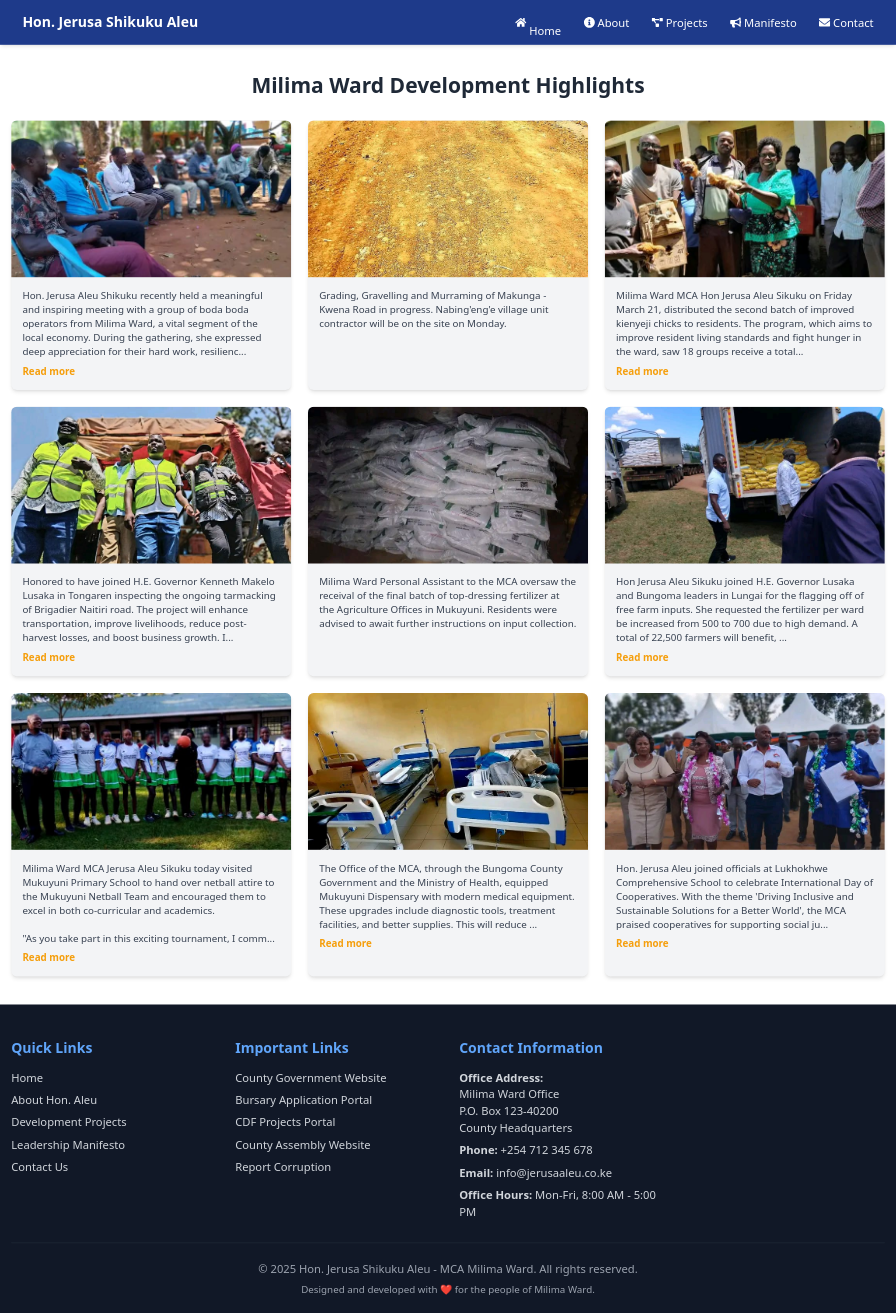
Repository: Engineer-collo/Hon_Jerusa_Shikuku_Aleu
Page: /projects
An editor plug-in stored every save of this project. The page is shown before and after the next save, followed by the edit.
The browser window is 1280 px wide. The pictures show the whole page, at 70% of full size.
The project was rebuilt for these pictures with package versions that can differ from the ones it lists, and the page was loaded fresh each time. Also part of the build but not shown: vite.config.js, src/Hero.jsx, src/Home.jsx, src/About.jsx, src/Manifesto.jsx, src/Contact.jsx.

Above is the page before, as saved 2025-07-18 18:05:40.

### index.html
<!DOCTYPE html>
<html lang="en">
<head>
  <meta charset="UTF-8">
  <meta name="viewport" content="width=device-width, initial-scale=1.0">
  <title>React Vite Starter</title>
</head>
<body class="bg-gray-100">
  <div id="root"></div>
  <script type="module" src="/src/main.jsx"></script>
</body>
</html>

### src/main.jsx
import React from 'react'
import ReactDOM from 'react-dom/client'
import './index.css'
import App from './App'

ReactDOM.createRoot(document.getElementById('root')).render(
  <React.StrictMode>
    <App />
  </React.StrictMode>,
)

### src/App.jsx
import React from 'react';
import { BrowserRouter as Router, Routes, Route } from 'react-router-dom';
import Footer from './Footer';
import Navbar from './Navbar';
import Homepage from './Home';
import About from './About';
import Projects from './Projects';
import Manifesto from './Manifesto';
import Contact from './Contact';

function App() {
  return (
    <Router>
      <div className="min-h-screen w-full overflow-x-hidden bg-gray-50 flex flex-col">
        <Navbar />
        <div className="flex-1 flex flex-col">
          <Routes>
            <Route path="/" element={<Homepage />} />
            <Route path="/about" element={<About />} />
            <Route path="/projects" element={<Projects />} />
            <Route path="/manifesto" element={<Manifesto />} />
            <Route path="/contact" element={<Contact />} />
          </Routes>
        </div>
        <Footer />
      </div>
    </Router>
  );
}

export default App;

### src/Footer.jsx
import React from 'react';
import { Link } from 'react-router-dom';

const Footer = () => {
  return (
    <footer className="bg-gray-900 text-white pt-12 pb-6 w-full">
      <div className="w-full px-4">
        <div className="grid grid-cols-1 md:grid-cols-2 lg:grid-cols-4 gap-8 w-full">


          {/* Quick Links */}
          <div>
            <h3 className="text-xl font-bold mb-4 text-blue-400">Quick Links</h3>
            <ul className="space-y-2">
              <li>
                <Link to="/" className="text-gray-300 hover:text-white transition-colors duration-300">
                  Home
                </Link>
              </li>
              <li>
                <Link to="/about" className="text-gray-300 hover:text-white transition-colors duration-300">
                  About Hon. Aleu
                </Link>
              </li>
              <li>
                <Link to="/projects" className="text-gray-300 hover:text-white transition-colors duration-300">
                  Development Projects
                </Link>
              </li>
              <li>
                <Link to="/manifesto" className="text-gray-300 hover:text-white transition-colors duration-300">
                  Leadership Manifesto
                </Link>
              </li>
              <li>
                <Link to="/contact" className="text-gray-300 hover:text-white transition-colors duration-300">
                  Contact Us
                </Link>
              </li>
            </ul>
          </div>

          {/* Important Links */}
          <div>
            <h3 className="text-xl font-bold mb-4 text-blue-400">Important Links</h3>
            <ul className="space-y-2">
              <li>
                <a href="#" className="text-gray-300 hover:text-white transition-colors duration-300">
                  County Government Website
                </a>
              </li>
              <li>
                <a href="#" className="text-gray-300 hover:text-white transition-colors duration-300">
                  Bursary Application Portal
                </a>
              </li>
              <li>
                <a href="#" className="text-gray-300 hover:text-white transition-colors duration-300">
                  CDF Projects Portal
                </a>
              </li>
              <li>
                <a href="#" className="text-gray-300 hover:text-white transition-colors duration-300">
                  County Assembly Website
                </a>
              </li>
              <li>
                <a href="#" className="text-gray-300 hover:text-white transition-colors duration-300">
                  Report Corruption
                </a>
              </li>
            </ul>
          </div>

          {/* Contact Info */}
          <div>
            <h3 className="text-xl font-bold mb-4 text-blue-400">Contact Information</h3>
            <address className="not-italic text-gray-300">
              <div className="mb-2">
                <strong>Office Address:</strong><br />
                Milima Ward Office<br />
                P.O. Box 123-40200<br />
                County Headquarters
              </div>
              <div className="mb-2">
                <strong>Phone:</strong> +254 712 345 678
              </div>
              <div className="mb-2">
                <strong>Email:</strong> info@jerusaaleu.co.ke
              </div>
              <div>
                <strong>Office Hours:</strong> Mon-Fri, 8:00 AM - 5:00 PM
              </div>
            </address>
          </div>
        </div>

        {/* Copyright */}
        <div className="border-t border-gray-800 mt-8 pt-6 text-center text-gray-400">
          <p>
            &copy; {new Date().getFullYear()} Hon. Jerusa Shikuku Aleu - MCA Milima Ward. All rights reserved.
          </p>
          <p className="mt-2 text-sm">
            Designed and developed with ❤️ for the people of Milima Ward.
          </p>
        </div>
      </div>
    </footer>
  );
};

export default Footer;

### src/Navbar.jsx
import React, { useState } from 'react';
import { Link } from 'react-router-dom';
import { FaHome, FaInfoCircle, FaProjectDiagram, FaBullhorn, FaEnvelope } from 'react-icons/fa';

const Navbar = () => {
  const [isOpen, setIsOpen] = useState(false);

  return (
    <nav className="bg-blue-900 text-white sticky top-0 z-50 shadow-md">
      <div className="max-w-7xl mx-auto px-4 sm:px-6 lg:px-8">
        <div className="flex justify-between h-16 items-center">
          {/* Logo / Name */}
          <div className="flex-shrink-0 text-xl font-bold">
            <Link to="/" className="hover:underline">Hon. Jerusa Shikuku Aleu</Link>
          </div>

          {/* Desktop Nav */}
          <div className="hidden md:flex gap-8 items-center">
            <Link to="/" className="flex items-center gap-1 hover:text-amber-400 transition">
              <FaHome /> <br/> Home
            </Link>
            <Link to="/about" className="flex items-center gap-1 hover:text-amber-400 transition">
              <FaInfoCircle /> About
            </Link>
            <Link to="/projects" className="flex items-center gap-1 hover:text-amber-400 transition">
              <FaProjectDiagram /> Projects
            </Link>
            <Link to="/manifesto" className="flex items-center gap-1 hover:text-amber-400 transition">
              <FaBullhorn /> Manifesto
            </Link>
            <Link to="/contact" className="flex items-center gap-1 hover:text-amber-400 transition">
              <FaEnvelope /> Contact
            </Link>
          </div>

          {/* Mobile Toggle Button */}
          <div className="md:hidden">
            <button
              onClick={() => setIsOpen(!isOpen)}
              type="button"
              className="text-white focus:outline-none"
            >
              <svg className="h-6 w-6" fill="none" stroke="currentColor" viewBox="0 0 24 24">
                {isOpen ? (
                  <path strokeLinecap="round" strokeLinejoin="round" strokeWidth={2} d="M6 18L18 6M6 6l12 12" />
                ) : (
                  <path strokeLinecap="round" strokeLinejoin="round" strokeWidth={2} d="M4 6h16M4 12h16M4 18h16" />
                )}
              </svg>
            </button>
          </div>
        </div>
      </div>

      {/* Mobile Nav Panel */}
      {isOpen && (
        <div className="md:hidden fixed top-16 left-0 w-3/4 h-full bg-blue-900 px-6 py-8 space-y-6 shadow-lg z-40">
          <Link to="/" className="flex items-center gap-2 text-lg hover:text-amber-400" onClick={() => setIsOpen(false)}>
            <FaHome /> Home
          </Link>
          <Link to="/about" className="flex items-center gap-2 text-lg hover:text-amber-400" onClick={() => setIsOpen(false)}>
            <FaInfoCircle /> About
          </Link>
          <Link to="/projects" className="flex items-center gap-2 text-lg hover:text-amber-400" onClick={() => setIsOpen(false)}>
            <FaProjectDiagram /> Projects
          </Link>
          <Link to="/manifesto" className="flex items-center gap-2 text-lg hover:text-amber-400" onClick={() => setIsOpen(false)}>
            <FaBullhorn /> Manifesto
          </Link>
          <Link to="/contact" className="flex items-center gap-2 text-lg hover:text-amber-400" onClick={() => setIsOpen(false)}>
            <FaEnvelope /> Contact
          </Link>
        </div>
      )}
    </nav>
  );
};

export default Navbar;

Loaded but not shown: src/index.css (common file); tailwind.config.js (common file); src/Projects.jsx (371 lines, source omitted)

After the next save:
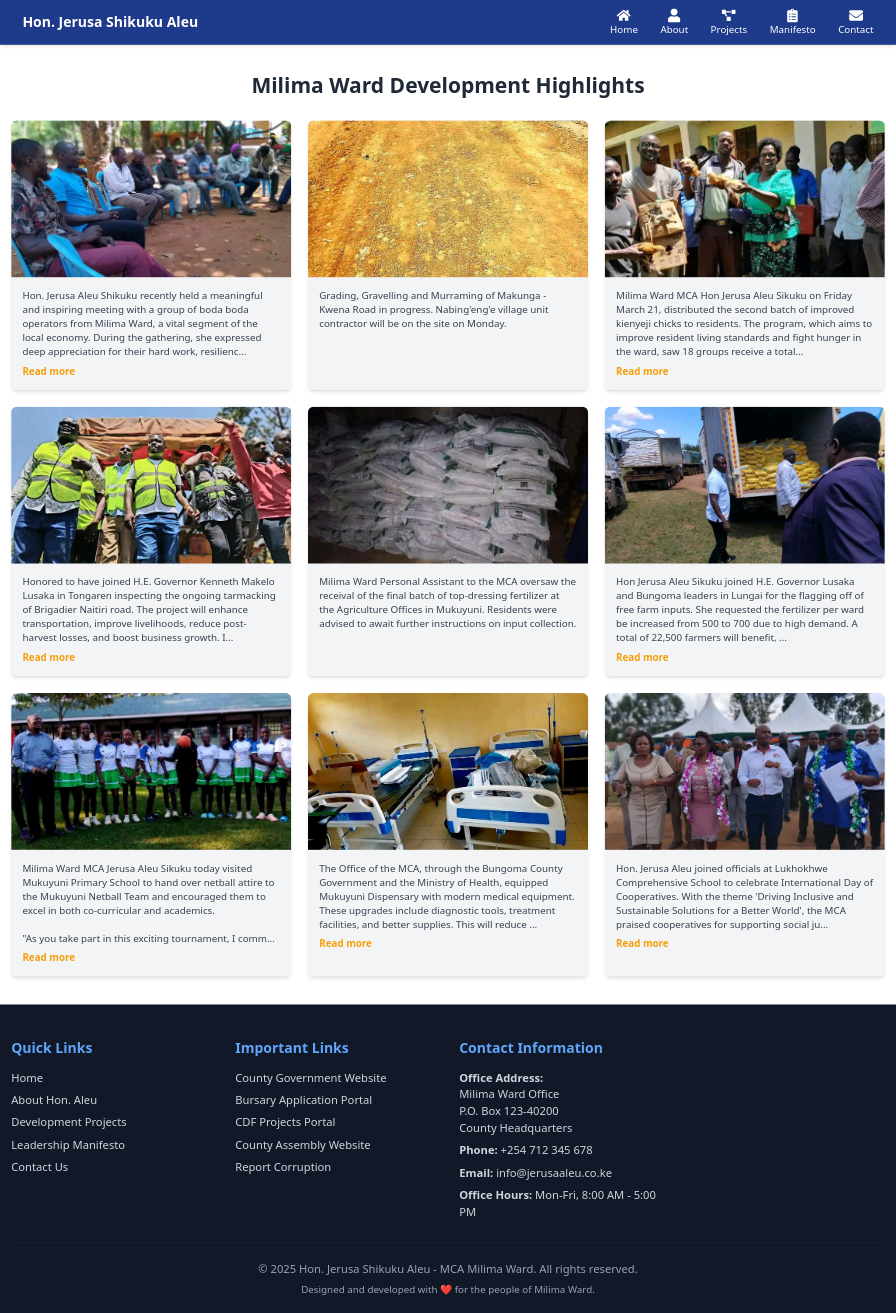
Saved 62 s later.
--- a/src/Navbar.jsx
+++ b/src/Navbar.jsx
@@ -1,6 +1,6 @@
 import React, { useState } from 'react';
 import { Link } from 'react-router-dom';
-import { FaHome, FaInfoCircle, FaProjectDiagram, FaBullhorn, FaEnvelope } from 'react-icons/fa';
+import { FaHome, FaUser, FaProjectDiagram, FaClipboardList, FaEnvelope } from 'react-icons/fa';
 
 const Navbar = () => {
   const [isOpen, setIsOpen] = useState(false);
@@ -9,37 +9,38 @@ const Navbar = () => {
     <nav className="bg-blue-900 text-white sticky top-0 z-50 shadow-md">
       <div className="max-w-7xl mx-auto px-4 sm:px-6 lg:px-8">
         <div className="flex justify-between h-16 items-center">
-          {/* Logo / Name */}
+          {/* Logo */}
           <div className="flex-shrink-0 text-xl font-bold">
             <Link to="/" className="hover:underline">Hon. Jerusa Shikuku Aleu</Link>
           </div>
 
           {/* Desktop Nav */}
           <div className="hidden md:flex gap-8 items-center">
-            <Link to="/" className="flex items-center gap-1 hover:text-amber-400 transition">
-              <FaHome /> <br/> Home
+            <Link to="/" className="flex flex-col items-center hover:text-amber-400 transition">
+              <FaHome className="text-xl" />
+              <span className="text-sm">Home</span>
             </Link>
-            <Link to="/about" className="flex items-center gap-1 hover:text-amber-400 transition">
-              <FaInfoCircle /> About
+            <Link to="/about" className="flex flex-col items-center hover:text-amber-400 transition">
+              <FaUser className="text-xl" />
+              <span className="text-sm">About</span>
             </Link>
-            <Link to="/projects" className="flex items-center gap-1 hover:text-amber-400 transition">
-              <FaProjectDiagram /> Projects
+            <Link to="/projects" className="flex flex-col items-center hover:text-amber-400 transition">
+              <FaProjectDiagram className="text-xl" />
+              <span className="text-sm">Projects</span>
             </Link>
-            <Link to="/manifesto" className="flex items-center gap-1 hover:text-amber-400 transition">
-              <FaBullhorn /> Manifesto
+            <Link to="/manifesto" className="flex flex-col items-center hover:text-amber-400 transition">
+              <FaClipboardList className="text-xl" />
+              <span className="text-sm">Manifesto</span>
             </Link>
-            <Link to="/contact" className="flex items-center gap-1 hover:text-amber-400 transition">
-              <FaEnvelope /> Contact
+            <Link to="/contact" className="flex flex-col items-center hover:text-amber-400 transition">
+              <FaEnvelope className="text-xl" />
+              <span className="text-sm">Contact</span>
             </Link>
           </div>
 
-          {/* Mobile Toggle Button */}
+          {/* Mobile Toggle */}
           <div className="md:hidden">
-            <button
-              onClick={() => setIsOpen(!isOpen)}
-              type="button"
-              className="text-white focus:outline-none"
-            >
+            <button onClick={() => setIsOpen(!isOpen)} className="text-white focus:outline-none">
               <svg className="h-6 w-6" fill="none" stroke="currentColor" viewBox="0 0 24 24">
                 {isOpen ? (
                   <path strokeLinecap="round" strokeLinejoin="round" strokeWidth={2} d="M6 18L18 6M6 6l12 12" />
@@ -52,23 +53,28 @@ const Navbar = () => {
         </div>
       </div>
 
-      {/* Mobile Nav Panel */}
+      {/* Mobile Nav */}
       {isOpen && (
-        <div className="md:hidden fixed top-16 left-0 w-3/4 h-full bg-blue-900 px-6 py-8 space-y-6 shadow-lg z-40">
-          <Link to="/" className="flex items-center gap-2 text-lg hover:text-amber-400" onClick={() => setIsOpen(false)}>
-            <FaHome /> Home
+        <div className="md:hidden px-4 pb-4 pt-2 bg-blue-900 flex flex-col gap-4 text-center h-[100vh] w-3/4">
+          <Link to="/" className="flex flex-col items-center hover:text-amber-400">
+            <FaHome className="text-xl" />
+            <span>Home</span>
           </Link>
-          <Link to="/about" className="flex items-center gap-2 text-lg hover:text-amber-400" onClick={() => setIsOpen(false)}>
-            <FaInfoCircle /> About
+          <Link to="/about" className="flex flex-col items-center hover:text-amber-400">
+            <FaUser className="text-xl" />
+            <span>About</span>
           </Link>
-          <Link to="/projects" className="flex items-center gap-2 text-lg hover:text-amber-400" onClick={() => setIsOpen(false)}>
-            <FaProjectDiagram /> Projects
+          <Link to="/projects" className="flex flex-col items-center hover:text-amber-400">
+            <FaProjectDiagram className="text-xl" />
+            <span>Projects</span>
           </Link>
-          <Link to="/manifesto" className="flex items-center gap-2 text-lg hover:text-amber-400" onClick={() => setIsOpen(false)}>
-            <FaBullhorn /> Manifesto
+          <Link to="/manifesto" className="flex flex-col items-center hover:text-amber-400">
+            <FaClipboardList className="text-xl" />
+            <span>Manifesto</span>
           </Link>
-          <Link to="/contact" className="flex items-center gap-2 text-lg hover:text-amber-400" onClick={() => setIsOpen(false)}>
-            <FaEnvelope /> Contact
+          <Link to="/contact" className="flex flex-col items-center hover:text-amber-400">
+            <FaEnvelope className="text-xl" />
+            <span>Contact</span>
           </Link>
         </div>
       )}
